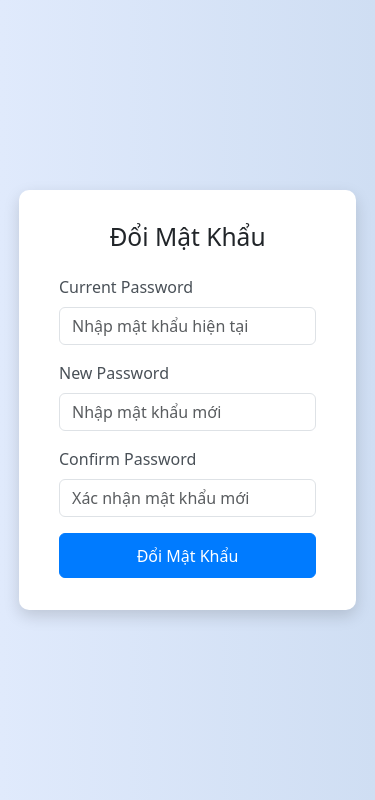
Repository: manhtdxxx/Tour-Booking-Webapp
Page: http://localhost/bookingTour/changepassword.jsp
An editor plug-in stored every save of this project. The page is shown before and after the next save, followed by the edit.
The browser window is 375 px wide. The pictures show the whole page.
The page is served by Tomcat 9.

Above is the page before, as saved 2024-11-10 16:12:23.

After the next save:
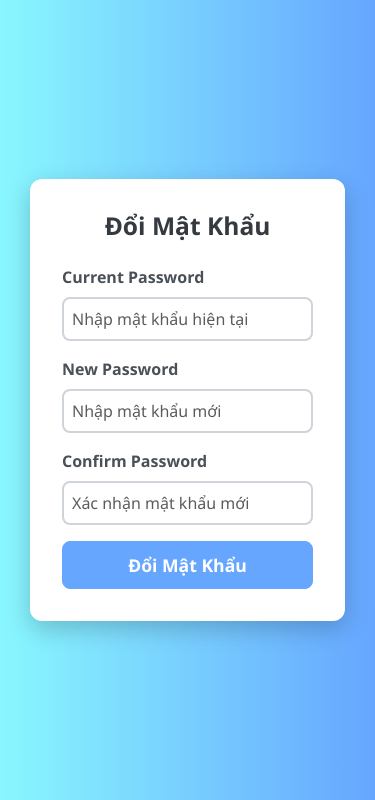
Saved 3 min 5 s later.
--- a/bookingTour/src/main/webapp/changepassword.jsp
+++ b/bookingTour/src/main/webapp/changepassword.jsp
@@ -9,35 +9,72 @@
 	rel="stylesheet">
 <script src="https://cdn.jsdelivr.net/npm/bootstrap@5.3.3/dist/js/bootstrap.bundle.min.js"></script>
 <style>
-/* Background gradient */
+/* Background gradient with a soft, modern gradient */
 body {
-	background: linear-gradient(to right, #e0eafc, #cfdef3);
+	background: linear-gradient(to right, #89f7fe, #66a6ff);
+	font-family: 'Segoe UI', Tahoma, Geneva, Verdana, sans-serif;
 }
-/* Centered form container with more padding and rounded corners */
+/* Centered form container with padding, rounded corners, and shadow */
 .form-container {
-	max-width: 600px;
-	padding: 2rem 2.5rem;
+	max-width: 500px;
+	padding: 2.5rem;
 	background-color: #ffffff;
-	border-radius: 10px;
-	box-shadow: 0 6px 16px rgba(0, 0, 0, 0.15);
-	margin: 0 1rem;
+	border-radius: 12px;
+	box-shadow: 0 8px 24px rgba(0, 0, 0, 0.2);
+	margin: 0 1.5rem;
+	transition: transform 0.3s ease;
 }
-/* Form labels in a soft gray */
+/* Hover effect on container */
+.form-container:hover {
+	transform: scale(1.02);
+}
+/* Header style */
+h2 {
+	font-weight: bold;
+	color: #343a40;
+}
+/* Labels with modern color */
 .form-label {
 	color: #495057;
+	font-weight: 600;
 }
-/* Improved button style with smooth hover effect */
+/* Input fields with soft border, focus effect */
+.form-control {
+	border: 2px solid #ced4da;
+	border-radius: 8px;
+	padding: 0.5rem;
+	transition: border-color 0.3s ease, box-shadow 0.3s ease;
+}
+
+.form-control:focus {
+	border-color: #66a6ff;
+	box-shadow: 0 0 8px rgba(102, 166, 255, 0.3);
+}
+/* Enhanced button style */
 .btn-primary {
-	background-color: #007bff;
-	border-color: #007bff;
+	background-color: #66a6ff;
+	border-color: #66a6ff;
 	padding: 0.6rem;
-	font-size: 1rem;
-	transition: background-color 0.3s, box-shadow 0.3s;
+	font-size: 1.1rem;
+	font-weight: 600;
+	border-radius: 8px;
+	transition: background-color 0.3s, box-shadow 0.3s, transform 0.2s ease;
 }
 
 .btn-primary:hover {
 	background-color: #0056b3;
-	box-shadow: 0 4px 10px rgba(0, 91, 187, 0.3);
+	box-shadow: 0 6px 16px rgba(0, 91, 187, 0.4);
+	transform: translateY(-2px);
+}
+/* Button focus style */
+.btn-primary:focus {
+	box-shadow: 0 0 10px rgba(102, 166, 255, 0.5);
+}
+/* Responsive styling */
+@media ( max-width : 576px) {
+	.form-container {
+		padding: 2rem;
+	}
 }
 </style>
 </head>
